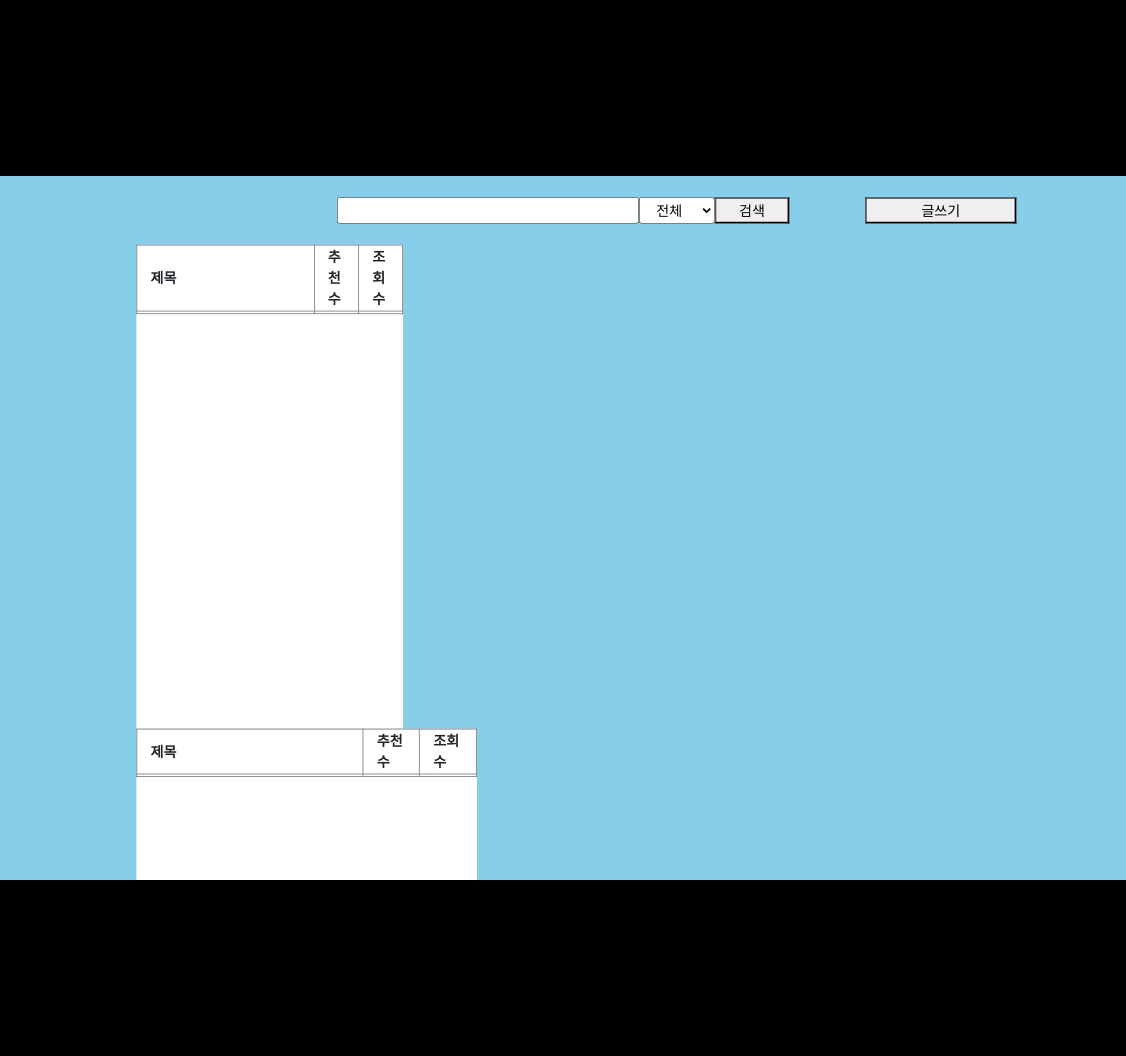
Repository: HJCroCat/project4
Page: http://localhost/koravle/getBoardMain.jsp
An editor plug-in stored every save of this project. The page is shown before and after the next save, followed by the edit.
The browser window is 1280 px wide. The pictures show the whole page, at 88% of full size.
An inner scrolling area shows only its first screen. The page is served by Tomcat 9. Nobody is signed in. The application's start-up code is not run. Other server files are loaded and not shown. The template is opened directly, without the code that normally fills it, so the values that code supplies are empty.

Above is the page before, as saved 2021-12-15 07:25:15.

### koravle/koravle/src/main/webapp/getBoardMain.jsp
<%@ page language="java" contentType="text/html; charset=UTF-8"
	pageEncoding="UTF-8"%>
<%@ taglib uri="http://java.sun.com/jstl/core_rt" prefix="c"%>

<!DOCTYPE html>
<html>
<head>
<!-- Required meta tags -->
<meta charset="utf-8">
<meta name="viewport"
	content="width=device-width, initial-scale=1, shrink-to-fit=no">

<!-- Bootstrap CSS -->
<link rel="stylesheet"
	href="https://cdn.jsdelivr.net/npm/bootstrap@4.6.1/dist/css/bootstrap.min.css"
	integrity="sha384-zCbKRCUGaJDkqS1kPbPd7TveP5iyJE0EjAuZQTgFLD2ylzuqKfdKlfG/eSrtxUkn"
	crossorigin="anonymous">

<title></title>
</head>
<body>

	<!-- header -->
	<header style="min-width:1280px; height:200px; margin:auto; background-color: black; ">

	</header>


	<!-- 게시판 메인 페이지 영역 시작 -->

	<main style="overflow:auto; max-width:1280px; min-width:1000px; height:800px; margin:auto; background-color: skyblue; ">

	<div style="max-width:1000px; margin:auto;">

		<div class="row">
			<br/>
		</div>

		<div class="row">
			<div class="col-3"></div>
			<input type="text" class="col-4" name="searchWord" id="searchWord">
			<select class="col-1" name="selectSearch" id="selectSearch">
				<option value="1" selected>전체</option>
				<option value="boardName">글제목</option>
				<option value="regionName">관광지</option>
				<option value="boardWriter">작성자</option>
			</select>
			<button class="col-1" onclick='location.href="getBoardList.do"'>검색</button>
			<div class="col-1"></div>
			<button class="col-2" onclick='location.href="insertBoard.do"'>글쓰기</button>
		</div>


		<div class="row">
			<br/>
		</div>

		<div style="row" style="height:400px;">

			<div class="col-4">
				<div style="background-color: white; min-height:550px;">
					<table class="col-12" border="1">
						<tr>
							<th class="col-8" align="center">제목</th>
							<th class="col-2" align="center">추천수</th>
							<th class="col-2" align="center">조회수</th>
						</tr>
						<tr>
							<td class="col-8" align="left"><a href="getBoard.do?boardIdx=${board.boardIdx}">
															${board.boardTitle }</a></td>
							<td class="col-2">${board.boardReco }</td>
							<td class="col-2">${board.boardViewCount }</td>
					</table>
				</div>
			</div>

			<div class="col-2">
				<tr/>
			</div>

			<div class="col-5">
				<div style="background-color: white; min-height:550px;">
					<table class="col-12" border="1">
						<tr>
							<th class="col-8" align="center">제목</th>
							<th class="col-2" align="center">추천수</th>
							<th class="col-2" align="center">조회수</th>
						</tr>
						<tr>
							<td class="col-8" align="left"><a href="getBoard.do?boardIdx=${board.boardIdx}">
															${board.boardTitle }</a></td>
							<td class="col-2">${board.boardReco }</td>
							<td class="col-2">${board.boardViewCount }</td>
					</table>
				</div>

			</div>


		</div>

		<div class="row">
			<br/>
		</div>

		<div class="row" style="height:400px;">

			<div class="col-5">
				<div style="background-color: white; min-height:550px;">
					<table class="col-12" border="1">
						<tr>
							<th class="col-8" align="center">제목</th>
							<th class="col-2" align="center">추천수</th>
							<th class="col-2" align="center">조회수</th>
						</tr>
						<tr>
							<td class="col-8" align="left"><a href="getBoard.do?boardIdx=${board.boardIdx}">
															${board.boardTitle }</a></td>
							<td class="col-2">${board.boardReco }</td>
							<td class="col-2">${board.boardViewCount }</td>
					</table>
				</div>
			</div>

			<div class="col-2">
				<tr/>
			</div>

			<div class="col-5">
				<div style="background-color: white; min-height:550px;">
					<table class="col-12" border="1">
						<tr>
							<th class="col-8" align="center">제목</th>
							<th class="col-2" align="center">추천수</th>
							<th class="col-2" align="center">조회수</th>
						</tr>
						<tr>
							<td class="col-8" align="left"><a href="getBoard.do?boardIdx=${board.boardIdx}">
															${board.boardTitle }</a></td>
							<td class="col-2">${board.boardReco }</td>
							<td class="col-2">${board.boardViewCount }</td>
					</table>
				</div>

			</div>


		</div>



	</div>

	</main>
	<!-- 게시판 메인 페이지 영역 끝 -->

	<!-- footer -->

	<footer style="min-width:1280px; height:200px; margin:auto; background-color: black;">

	</footer>


	<!-- Optional JavaScript; choose one of the two! -->

	<!-- Option 1: jQuery and Bootstrap Bundle (includes Popper) -->
	<script
		src="https://cdn.jsdelivr.net/npm/jquery@3.5.1/dist/jquery.slim.min.js"
		integrity="sha384-DfXdz2htPH0lsSSs5nCTpuj/zy4C+OGpamoFVy38MVBnE+IbbVYUew+OrCXaRkfj"
		crossorigin="anonymous"></script>
	<script
		src="https://cdn.jsdelivr.net/npm/bootstrap@4.6.1/dist/js/bootstrap.bundle.min.js"
		integrity="sha384-fQybjgWLrvvRgtW6bFlB7jaZrFsaBXjsOMm/tB9LTS58ONXgqbR9W8oWht/amnpF"
		crossorigin="anonymous"></script>

	<!-- Option 2: Separate Popper and Bootstrap JS -->
	<!--
    <script src="https://cdn.jsdelivr.net/npm/jquery@3.5.1/dist/jquery.slim.min.js" integrity="sha384-DfXdz2htPH0lsSSs5nCTpuj/zy4C+OGpamoFVy38MVBnE+IbbVYUew+OrCXaRkfj" crossorigin="anonymous"></script>
    <script src="https://cdn.jsdelivr.net/npm/popper.js@1.16.1/dist/umd/popper.min.js" integrity="sha384-9/reFTGAW83EW2RDu2S0VKaIzap3H66lZH81PoYlFhbGU+6BZp6G7niu735Sk7lN" crossorigin="anonymous"></script>
    <script src="https://cdn.jsdelivr.net/npm/bootstrap@4.6.1/dist/js/bootstrap.min.js" integrity="sha384-VHvPCCyXqtD5DqJeNxl2dtTyhF78xXNXdkwX1CZeRusQfRKp+tA7hAShOK/B/fQ2" crossorigin="anonymous"></script>
    -->

</body>
</html>

After the next save:
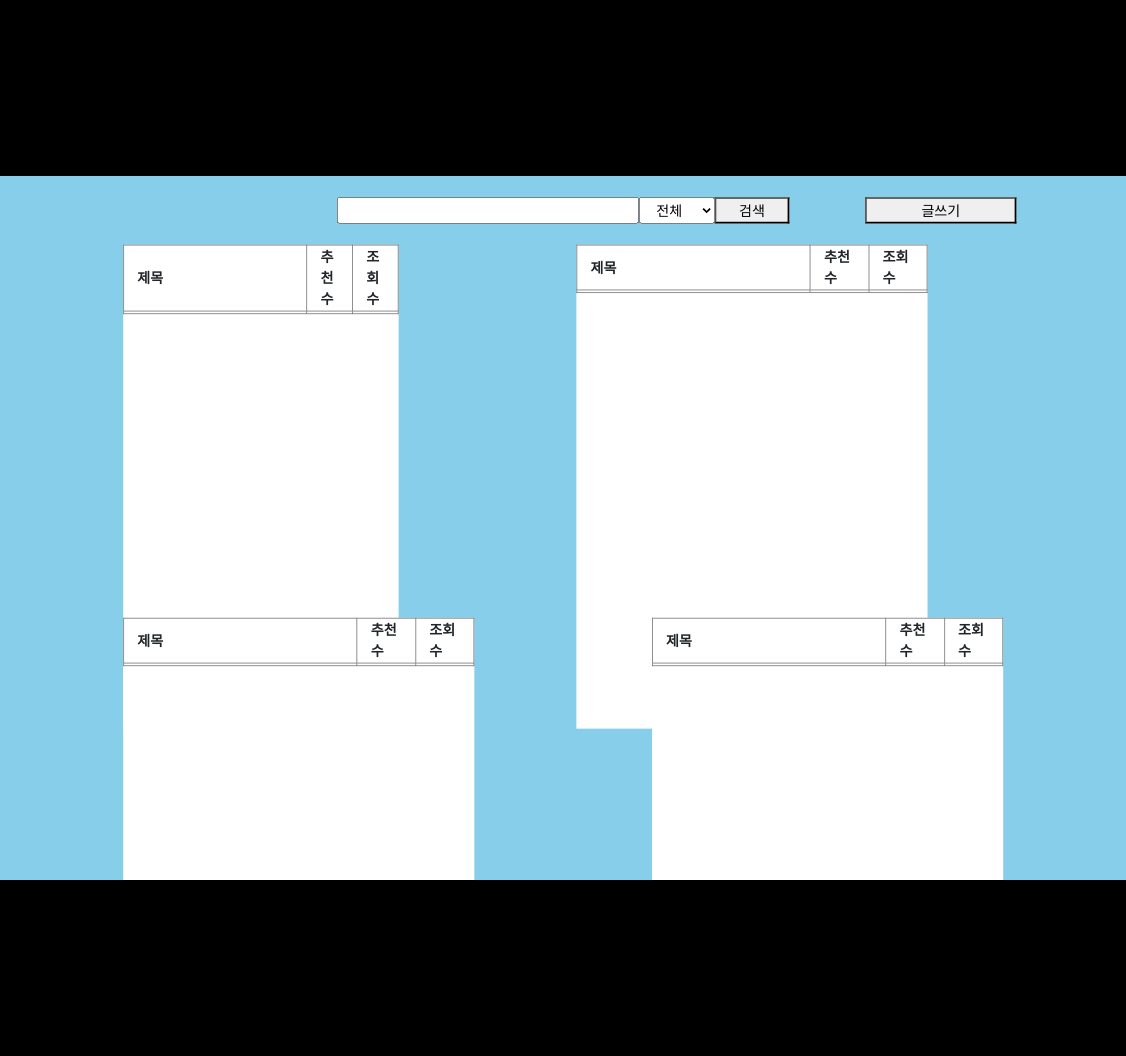
Saved 20 s later.
--- a/koravle/koravle/src/main/webapp/getBoardMain.jsp
+++ b/koravle/koravle/src/main/webapp/getBoardMain.jsp
@@ -55,7 +55,7 @@
 			<br/>
 		</div>
 
-		<div style="row" style="height:400px;">
+		<div class="row" style="height:400px;">
 
 			<div class="col-4">
 				<div style="background-color: white; min-height:550px;">
